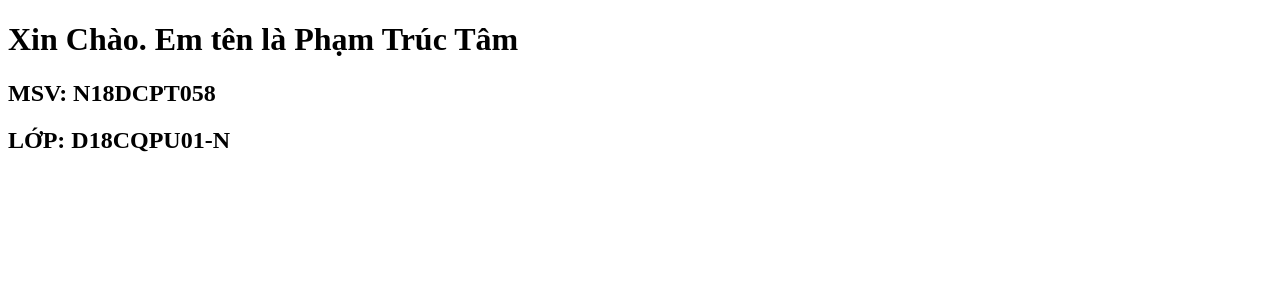
Repository: tructam58/LAB1
Page: http://localhost/PTITHCMS1L1/
The author's editor kept a copy of each file at every save. The page is drawn from the files as they stood at one save, then again after the next save.
The browser window is 1280 px wide. The pictures show the whole page.
The page is served by Tomcat 9. Other server files are loaded and not shown.

Above is the page before, as saved 2021-08-25 14:25:43.

### PTITHCMS1L1/src/main/webapp/index.jsp
<%@ page language="java" contentType="text/html; charset=utf-8"
    pageEncoding="utf-8"%>
<!DOCTYPE html>
<html>
<head>
<meta charset="utf-8">
<title>Insert title here</title>
</head>
<body>
<h1>Xin Chào. Em tên là Phạm Trúc Tâm</h1>
<h2>MSV: N18DCPT058</h2>
<h2>LỚP: D18CQPU01-N</h2>
</body>
</html>

After the next save:
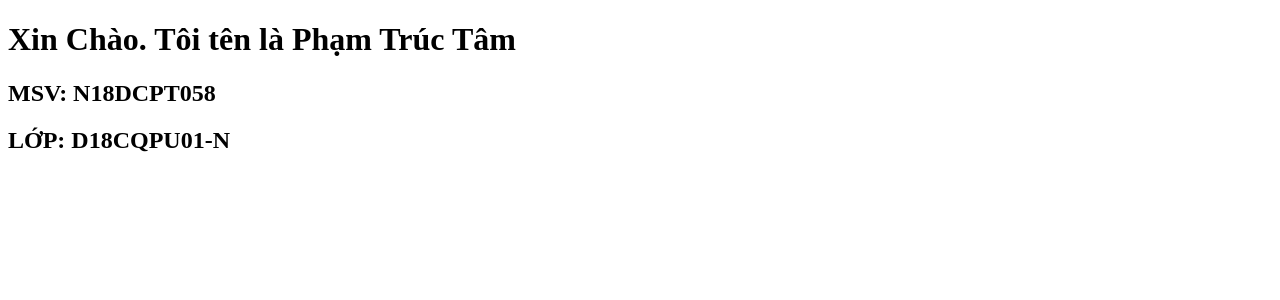
Saved 47 s later.
--- a/PTITHCMS1L1/src/main/webapp/index.jsp
+++ b/PTITHCMS1L1/src/main/webapp/index.jsp
@@ -7,7 +7,7 @@
 <title>Insert title here</title>
 </head>
 <body>
-<h1>Xin Chào. Em tên là Phạm Trúc Tâm</h1>
+<h1>Xin Chào. Tôi tên là Phạm Trúc Tâm</h1>
 <h2>MSV: N18DCPT058</h2>
 <h2>LỚP: D18CQPU01-N</h2>
 </body>
